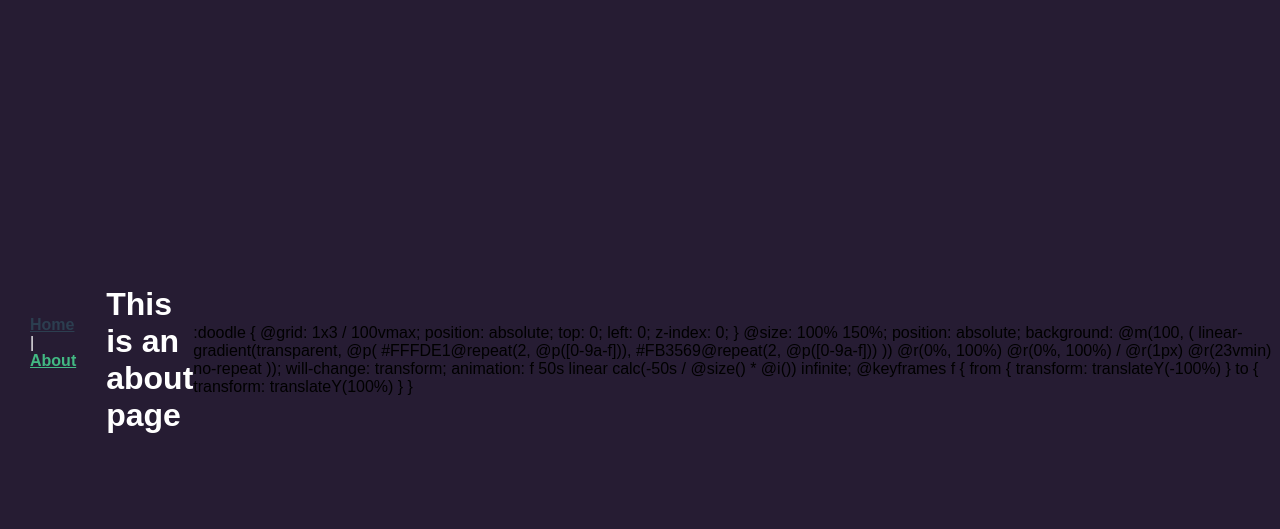
Repository: ahamdy997/portfolio
Page: /about
These files come from the project's save history. The page is drawn as it stood at one moment and after the next save; the edit follows.
The browser window is 1280 px wide. The pictures show the whole page.
The project was rebuilt for these pictures with package versions that can differ from the ones it lists, and the page was loaded fresh each time. Also part of the build but not shown: vue.config.js, src/components/HelloWorld.vue, src/views/HomeView.vue.

Above is the page before, as saved 2023-11-04 23:58:18.

### public/index.html
<!DOCTYPE html>
<html lang="">
  <head>
    <meta charset="utf-8" />
    <meta http-equiv="X-UA-Compatible" content="IE=edge" />
    <meta name="viewport" content="width=device-width,initial-scale=1.0" />
    <link rel="icon" href="<%= BASE_URL %>favicon.ico" />
    <title><%= htmlWebpackPlugin.options.title %></title>
  </head>
  <body>
    <noscript>
      <strong
        >We're sorry but <%= htmlWebpackPlugin.options.title %> doesn't work
        properly without JavaScript enabled. Please enable it to
        continue.</strong
      >
    </noscript>
    <div id="app"></div>
    <!-- built files will be auto injected -->
    <css-doodle>
      :doodle { @grid: 1x3 / 100vmax; position: absolute; top: 0; left: 0;
      z-index: 0; } @size: 100% 150%; position: absolute; background: @m(100, (
      linear-gradient(transparent, @p( #FFFDE1@repeat(2, @p([0-9a-f])),
      #FB3569@repeat(2, @p([0-9a-f])) )) @r(0%, 100%) @r(0%, 100%) / @r(1px)
      @r(23vmin) no-repeat )); will-change: transform; animation: f 50s linear
      calc(-50s / @size() * @i()) infinite; @keyframes f { from { transform:
      translateY(-100%) } to { transform: translateY(100%) } }
    </css-doodle>
    <style>
      * {
        box-sizing: border-box;
        padding: 0;
        margin: 0;
      }
      body {
        font-family: sans-serif;
        height: 100vh;
        margin: 0;
        background: #261c33;
        overflow: hidden;
        display: flex;
        align-items: center;
        justify-content: center;
      }
    </style>

    <script src="https://unpkg.com/css-doodle@0.6.1/css-doodle.min.js"></script>
  </body>
</html>

### src/App.vue
<template>
  <nav>
    <router-link to="/">Home</router-link> |
    <router-link to="/about">About</router-link>
  </nav>
  <router-view />
</template>

<style>
#app {
  display: flex;
  justify-content: center;
  z-index: 1;
  color: white;
}

nav {
  padding: 30px;
}

nav a {
  font-weight: bold;
  color: #2c3e50;
}

nav a.router-link-exact-active {
  color: #42b983;
}
</style>

Loaded but not shown: src/main.js (common file); src/router/index.js (common file); src/views/AboutView.vue (common file)

After the next save:
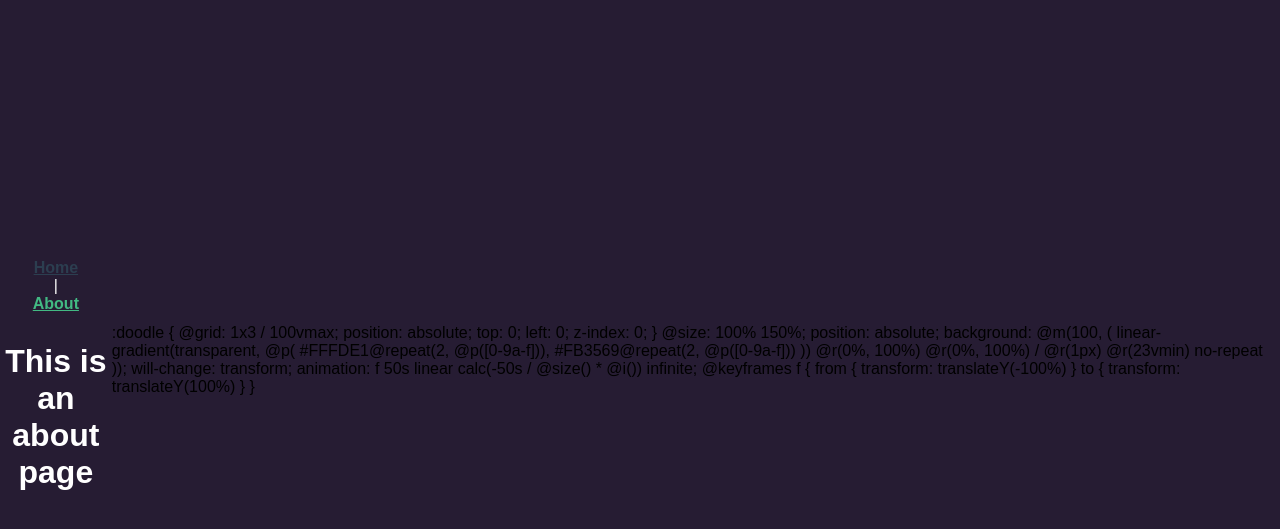
Saved 18 s later.
--- a/src/App.vue
+++ b/src/App.vue
@@ -8,8 +8,7 @@
 
 <style>
 #app {
-  display: flex;
-  justify-content: center;
+  text-align: center;
   z-index: 1;
   color: white;
 }
